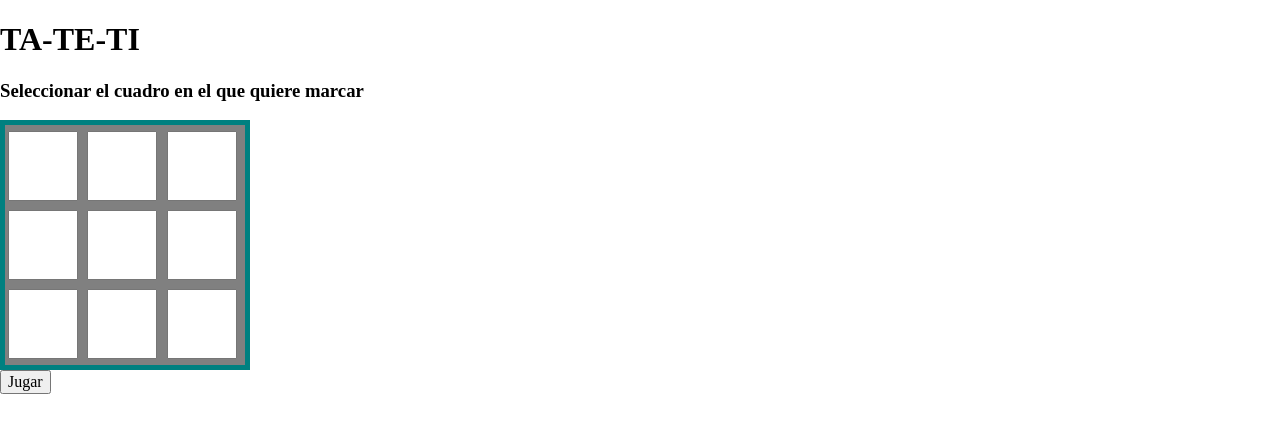
Repository: Lean97-start/TATETI
Page: Tateti.html
The author's editor kept a copy of each file at every save. The page is drawn from the files as they stood at one save, then again after the next save.
The browser window is 1280 px wide. The pictures show the whole page.

Above is the page before, as saved 2021-03-30 12:29:35.

### Tateti.html
<!DOCTYPE html>
<html lang="en">
<head>
    <meta charset="UTF-8">
    <link rel="stylesheet" type="text/css" href="Tateti.css">
    <link rel="stylesheet" href="Tateti.js">
    <link rel="stylesheet" type="text/css" href="https://necolas.github.io/normalize.css/8.0.1/normalize.css">
    <title>TATETI</title>
</head>
<body>
    <H1>TA-TE-TI</H1>
    <H3>Seleccionar el cuadro en el que quiere marcar</H3>

        <table class="cuadro">
            <tr>
                <td><input type="text" class="entradas"></td>
                <td><input type="text" class="entradas"></td>
                <td><input type="text" class="entradas"></td>
            </tr>
            <tr>
                <td><input type="text" class="entradas"></td>
                <td><input type="text" class="entradas"></td>
                <td><input type="text" class="entradas"></td>
            </tr>
            <tr>
                <td><input type="text" class="entradas"></td>
                <td><input type="text" class="entradas"></td>
                <td><input type="text" class="entradas"></td>
            </tr>
        </table>

    <button class="botones" id="jugar">Jugar</button>

</body>
</html>

### Tateti.css

.cuadro{
    border: 5px teal solid;
    background: grey;
    position: relative;
    height: 250px;
    width: 250px;
}
.entradas{
    height: 70px;
    width: 70px;
    box-sizing: border-box;
    margin: auto;
}

### Tateti.js
let var1, var2, var3,var4, var5,var6 = undefined

function boton_jugar (){

}

After the next save:
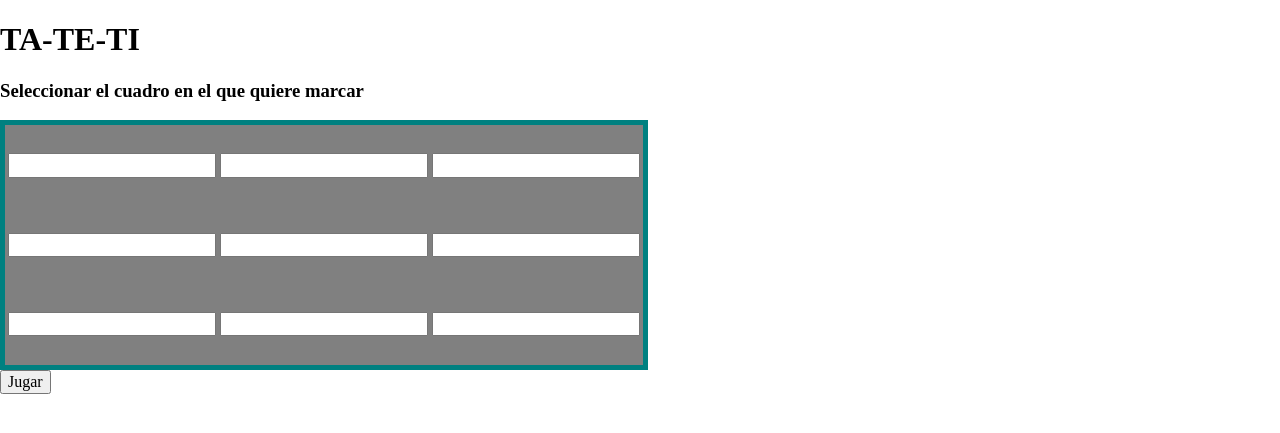
Saved 5 s later.
--- a/Tateti.css
+++ b/Tateti.css
@@ -7,8 +7,7 @@
     width: 250px;
 }
 .entradas{
-    height: 70px;
-    width: 70px;
+
     box-sizing: border-box;
     margin: auto;
 }

After the save that followed:
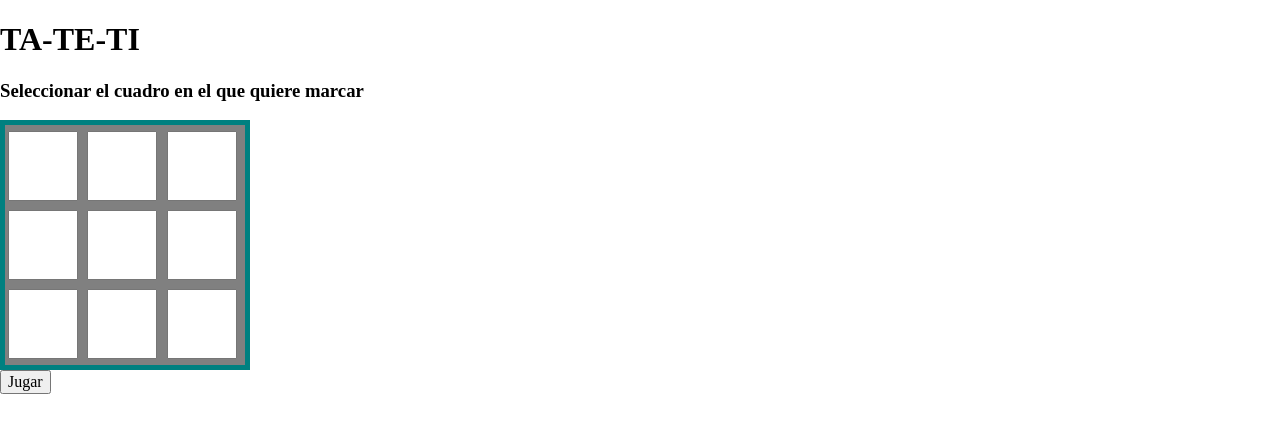
Saved 6 s later.
--- a/Tateti.css
+++ b/Tateti.css
@@ -7,7 +7,8 @@
     width: 250px;
 }
 .entradas{
-
+    height: 70px;
+    width: 70px;
     box-sizing: border-box;
     margin: auto;
 }
